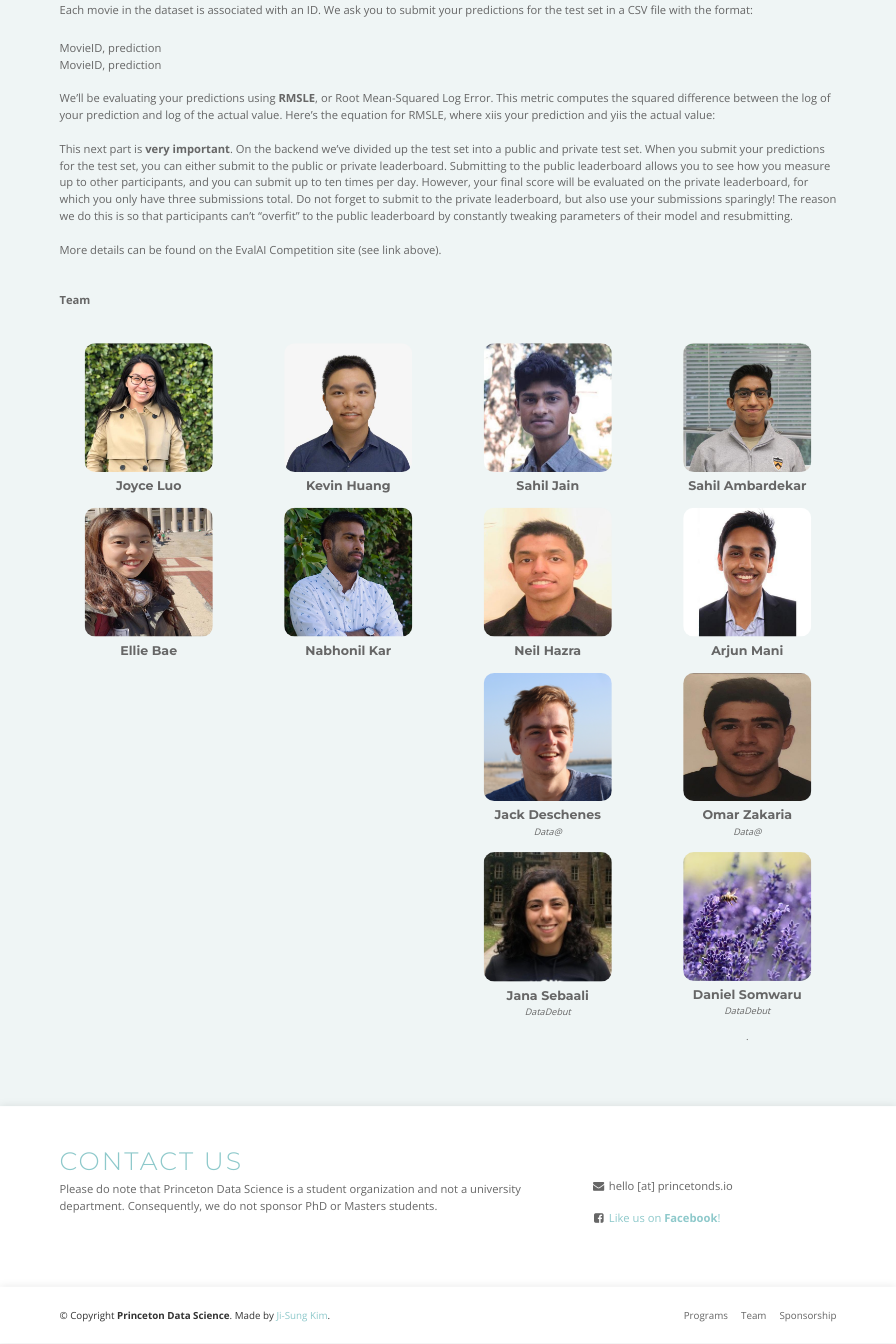
Repository: princetonds/princetonds.github.io
Page: team2.html
An editor plug-in stored every save of this project. The page is shown before and after the next save, followed by the edit.
The browser window is 1280 px wide. The pictures show the part of the page from y = 1965 to 3885 px (the page is 3885 px tall), at 70% of full size.

Above is the page before, as saved 2021-03-20 23:02:49.
Console error: TypeError: Cannot read properties of null (reading 'innerHTML')

After the next save:
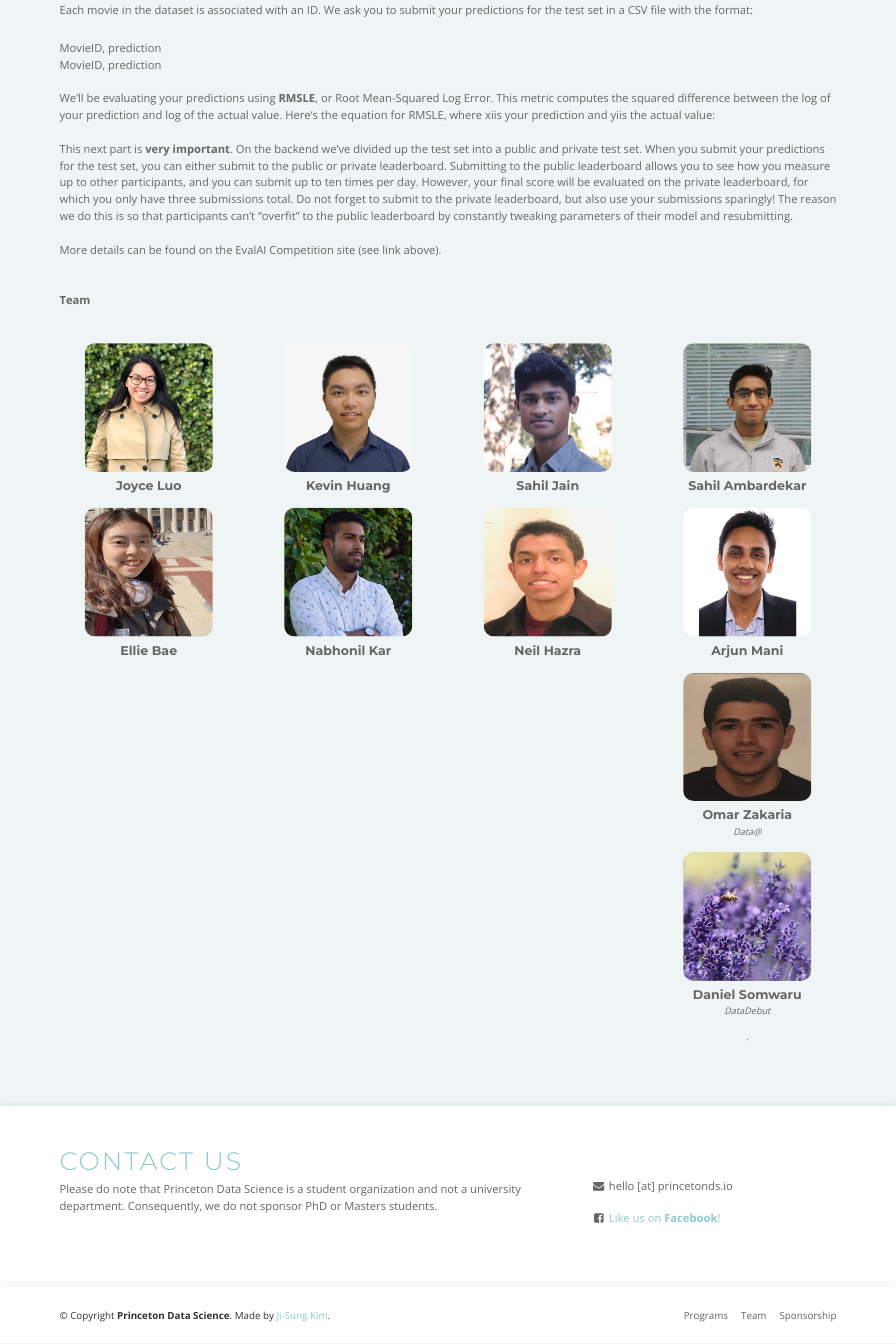
Saved 13 s later.
--- a/team2.html
+++ b/team2.html
@@ -259,23 +259,6 @@
                   </div> -->
                 </div>
 
-                <div class="member2">
-                  <div class="pic"><img src="img/team/jack.jpg" alt=""></div>
-                  <h4>Jack Deschenes</h4>
-                  <span>Data@</span>
-                  <!-- <div class="social">
-                    <p class="profile-description">.</p>
-                  </div> -->
-                </div>
-
-                <div class="member2">
-                  <div class="pic"><img src="img/team/jana.jpg" alt=""></div>
-                  <h4>Jana Sebaali</h4>
-                  <span>DataDebut</span>
-                  <!-- <div class="social">
-                    <p class="profile-description">.</p>
-                  </div> -->
-                </div>
 
               </div>
               <div class="col-lg-3 col-md-3">
